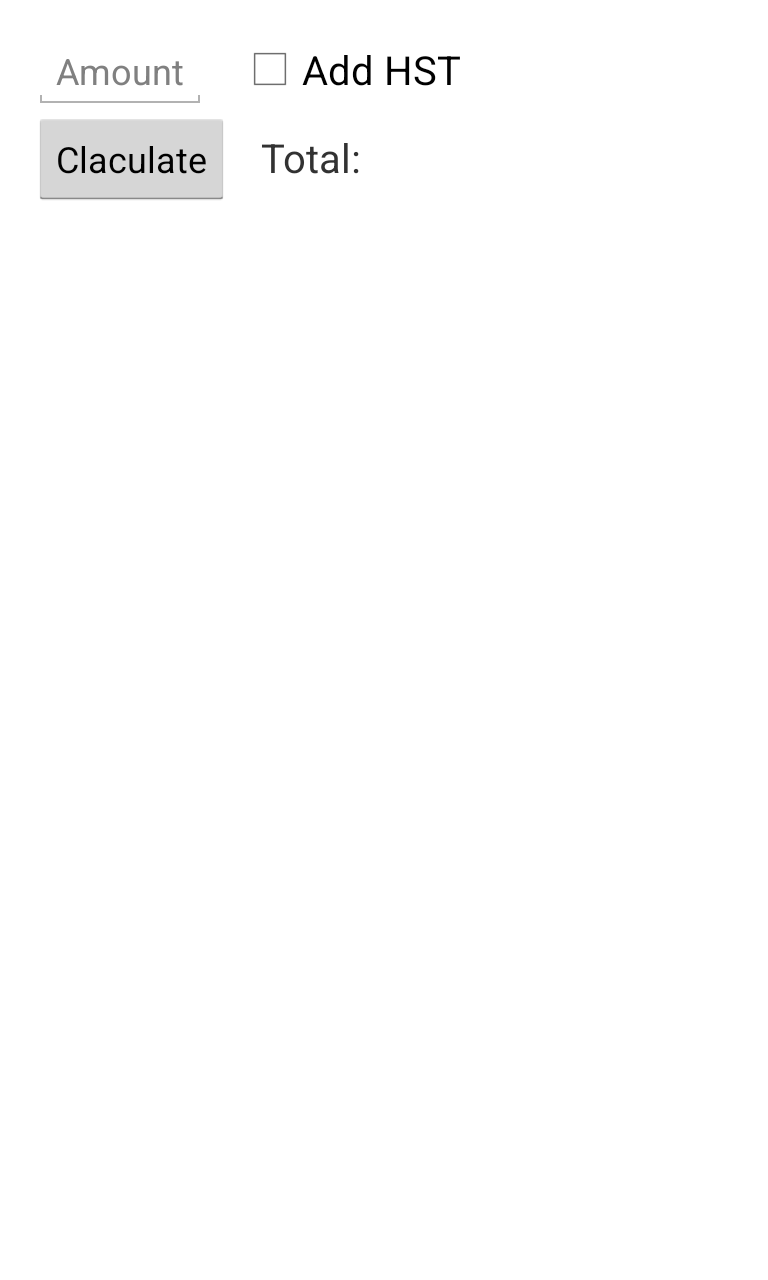
Repository: ericMedeiros93/Android-Dev
Layout: week3_1/res/layout/activity_main.xml
An editor plug-in stored every save of this project. The layout is shown before and after the next save, followed by the edit.
It is drawn on a 768 x 1280 px phone screen (xhdpi) without system bars, with theme AppTheme; the app's code is not run.

Above is the layout before, as saved 2014-09-17 15:32:13.

After the next save:
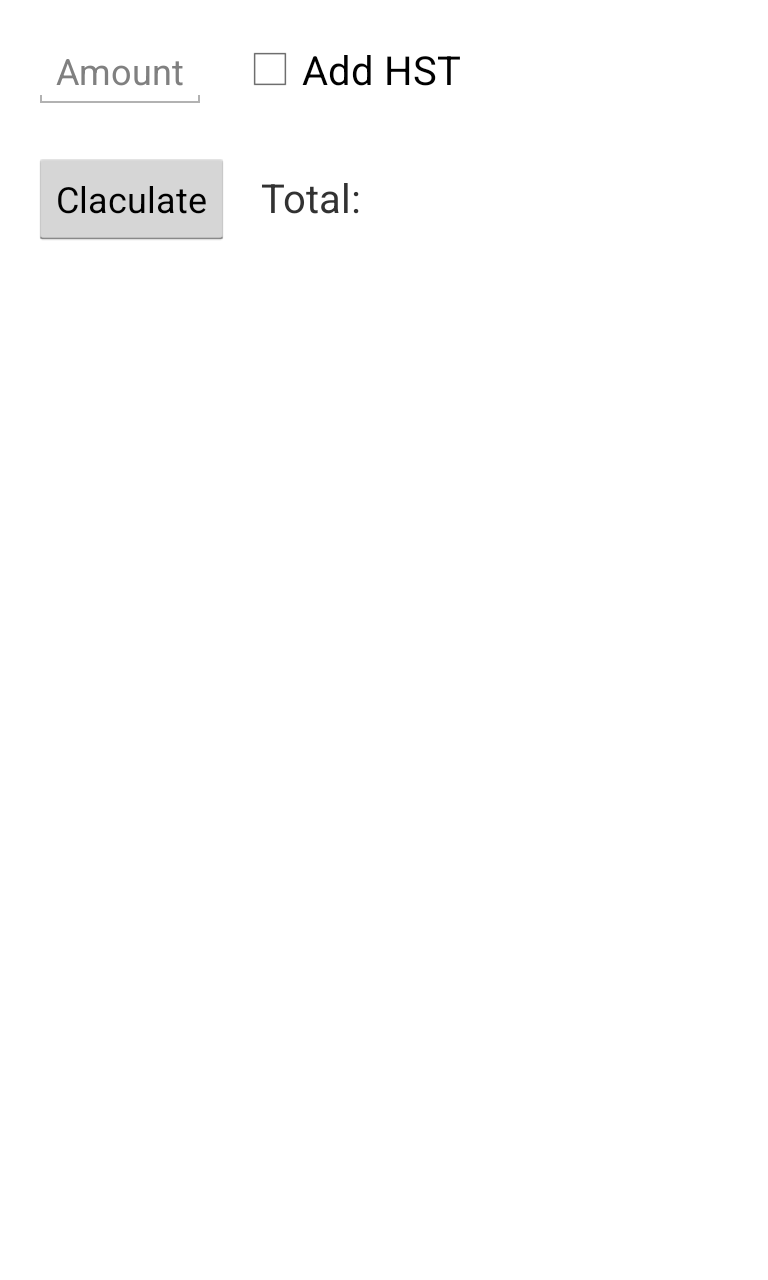
Saved 20 s later.
--- a/week3_1/res/layout/activity_main.xml
+++ b/week3_1/res/layout/activity_main.xml
@@ -32,7 +32,8 @@
     <LinearLayout
         android:layout_width="match_parent"
         android:layout_height="wrap_content"
-        android:orientation="horizontal" >
+        android:orientation="horizontal"
+        android:layout_marginTop="20dp">
 
         <Button
             android:id="@+id/btnCalculate"
